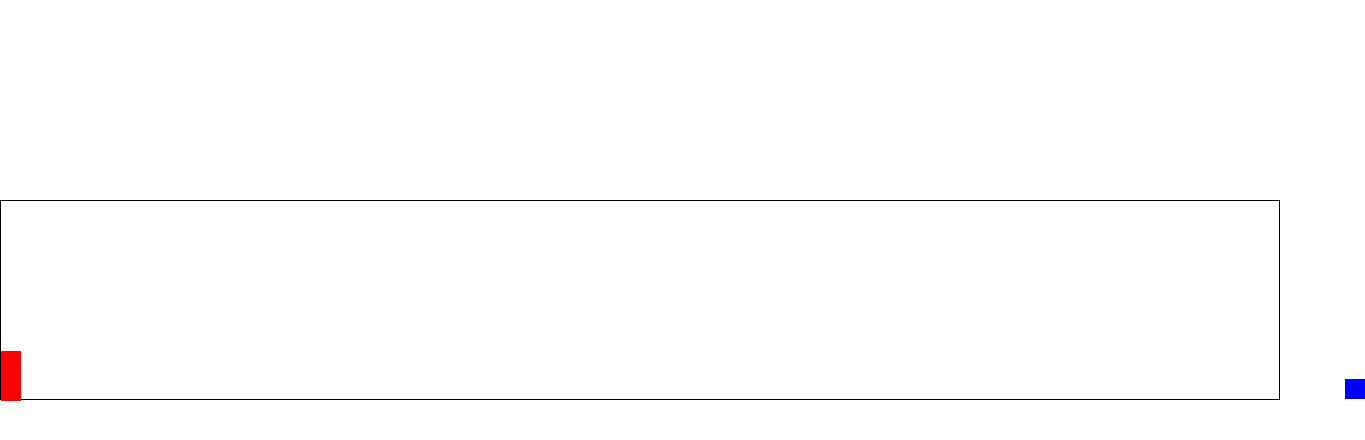
Repository: surefaceJS/allMyWorkInaliLinux
Page: HomePageForWork/index.html
The author's editor kept a copy of each file at every save. The page is drawn from the files as they stood at one save, then again after the next save.
The browser window is 1280 px wide. The page is 1365 px wide, then 1280 px, then 1365 px, so the pictures cover 1365 px, including what lies to the right of the window. The pictures show the whole page.

Above is the page before, as saved 2021-04-18 12:20:53.

### HomePageForWork/index.html
<!DOCTYPE html>
<html lang="en">

<head>
    <meta charset="UTF-8">
    <meta http-equiv="X-UA-Compatible" content="IE=edge">
    <meta name="viewport" content="width=device-width, initial-scale=1.0">
    <title>ReadyWebPage</title>
    <link rel="stylesheet" href="css/bootstrap.css">
    <link rel="stylesheet" href="fontawesome-free-5.15.2-web/css/all.min.css">
    <link rel="stylesheet" href="css/main.css">
</head>

<body>

    <div id="game">
        <div id="charactor"></div>
        <div id="block"></div>
        <div id="block1"></div>
        <div id="block2"></div>
    </div>

    <script src="js/jquery-3.3.1.slim.min.js"></script>
    <script src="js/popper.min.js"></script>
    <script src="js/bootstrap.js"></script>
    <script src="js/app.js"></script>
</body>

</html>

### HomePageForWork/css/main.css
            /*********************  FONTS STYLE *************************/

            @font-face {
                font-family: "Inter-Bold";
                src: url("../asssets/fonts/Inter/Inter-Bold.ttf") format("truetype");
            }

            @font-face {
                font-family: "Inter-Regular";
                src: url("../asssets/fonts/Inter/Inter-Regular.ttf") format("truetype");
            }

            @font-face {
                font-family: "Inter-Light";
                src: url("../asssets/fonts/Inter/Inter-Light.ttf") format("truetype");
            }

            @font-face {
                font-family: "Inter-SemiBold";
                src: url("../asssets/fonts/Inter/Inter-SemiBold.ttf") format("truetype");
            }

            .font-intel-bold {
                font-family: "Inter-Bold", sans-serif;
            }

            .font-intel-regular {
                font-family: "Inter-Regular", sans-serif;
            }

            .font-intel-light {
                font-family: "Inter-Light", sans-serif;
            }

            .font-inter-semi-bold {
                font-family: "Inter-SemiBold", sans-serif;
            }

            #game {
                width: 100%;
                height: 200px;
                border: 1px solid black;
                margin-top: 200px;
            }

            #charactor {
                width: 20px;
                height: 50px;
                background: red;
                position: relative;
                top: 150px;
            }

            #block {
                width: 20px;
                height: 20px;
                background: blue;
                position: relative;
                top: 128px;
                left: 1344px;
                animation: block 1s infinite linear;
            }

            @keyframes block {
                0% {
                    left: 1344px;
                }
                100% {
                    left: -40px;
                }
            }

Loaded but not shown: HomePageForWork/css/bootstrap.css (library); HomePageForWork/fontawesome-free-5.15.2-web/css/all.min.css (library); HomePageForWork/js/jquery-3.3.1.slim.min.js (library); HomePageForWork/js/popper.min.js (library); HomePageForWork/js/bootstrap.js (library); HomePageForWork/js/app.js (no copy from this time; the picture is the same without it)

After the next save:
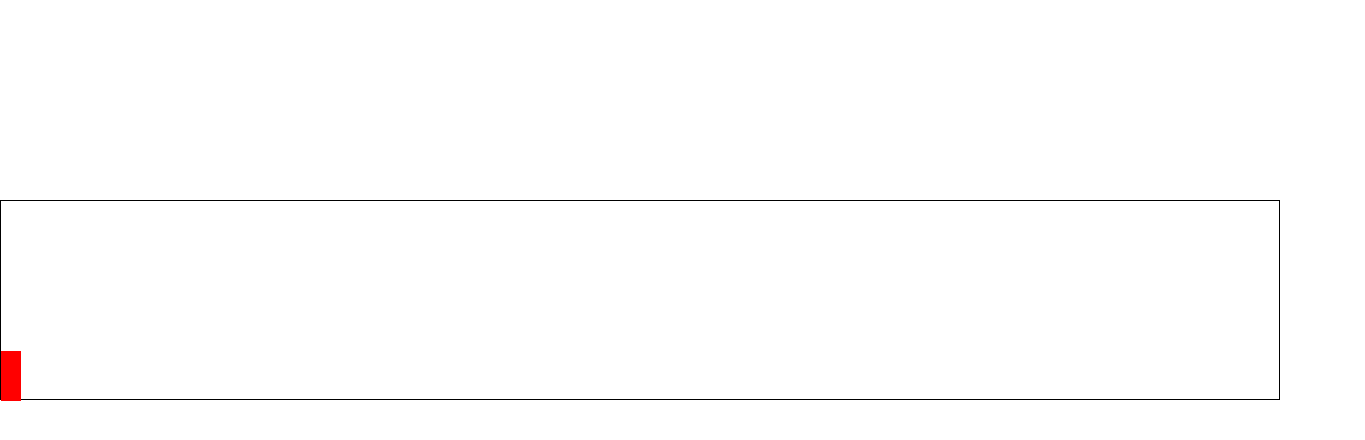
Saved 77 s later.
--- a/HomePageForWork/css/main.css
+++ b/HomePageForWork/css/main.css
@@ -51,7 +51,7 @@
                 top: 150px;
             }
 
-            #block {
+            @ #block {
                 width: 20px;
                 height: 20px;
                 background: blue;

After the 4 saves that followed:
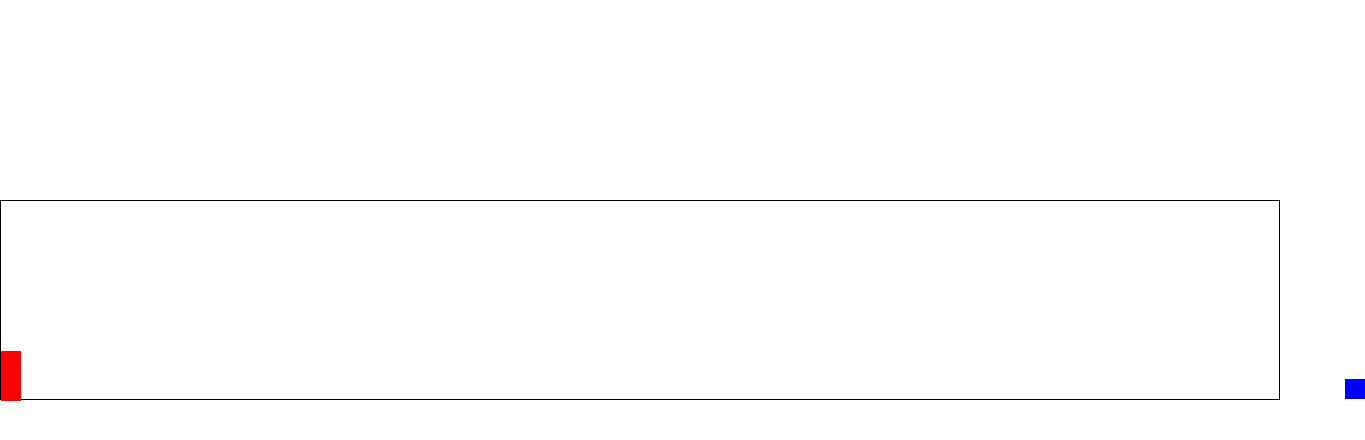
The 4 saves are shown as one change because they came seconds apart.
The last was saved 15 s later.
--- a/HomePageForWork/css/main.css
+++ b/HomePageForWork/css/main.css
@@ -51,7 +51,9 @@
                 top: 150px;
             }
 
-            @ #block {
+            @keyframes jump {}
+
+            #block {
                 width: 20px;
                 height: 20px;
                 background: blue;
